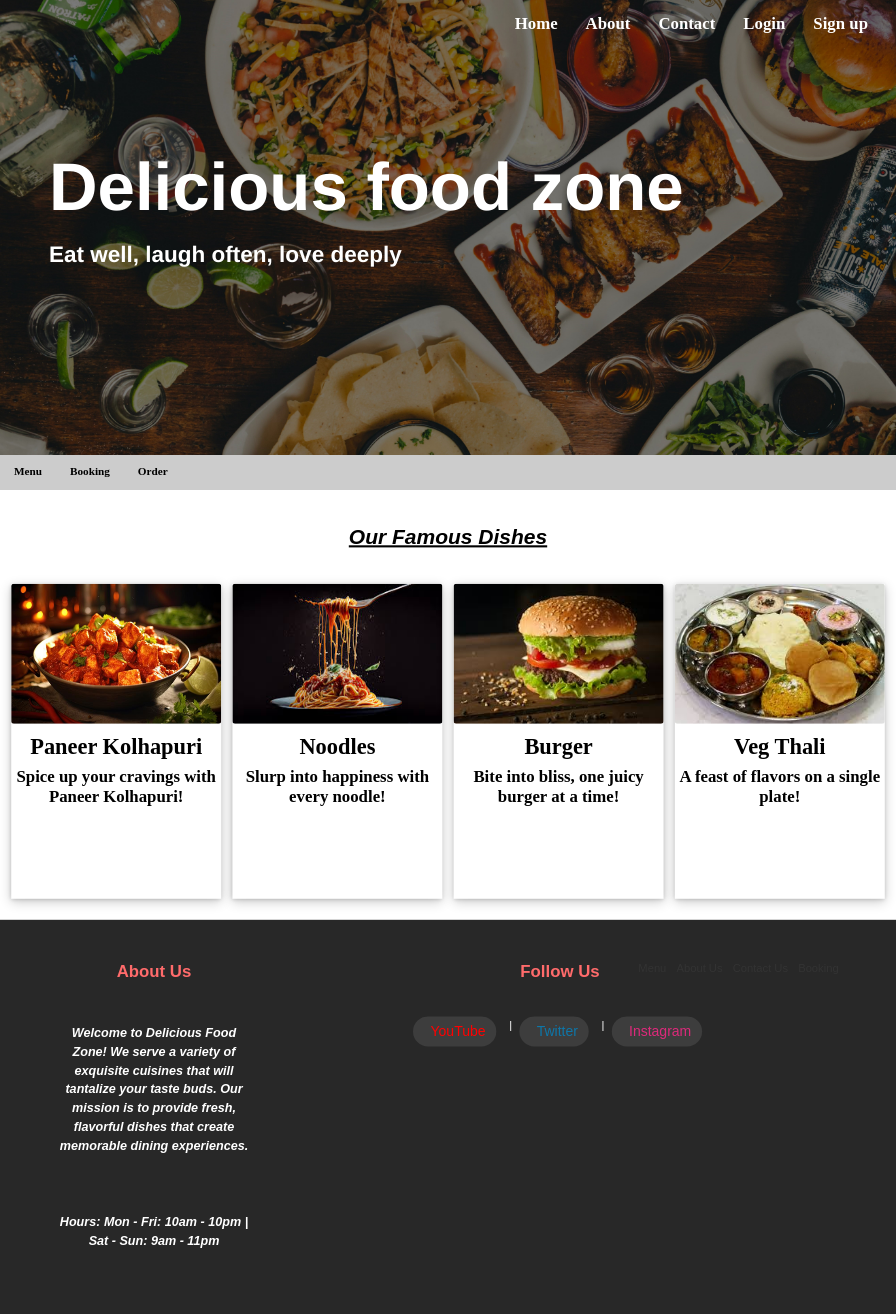
Repository: Shreya-Bonde/Restaurant-management-system
Page: index.html
These files come from the project's save history. The page is drawn as it stood at one moment and after the next save; the edit follows.
The browser window is 1280 px wide. The pictures show the whole page, at 70% of full size.

Above is the page before, as saved 2024-10-17 17:26:09.

After the next save:
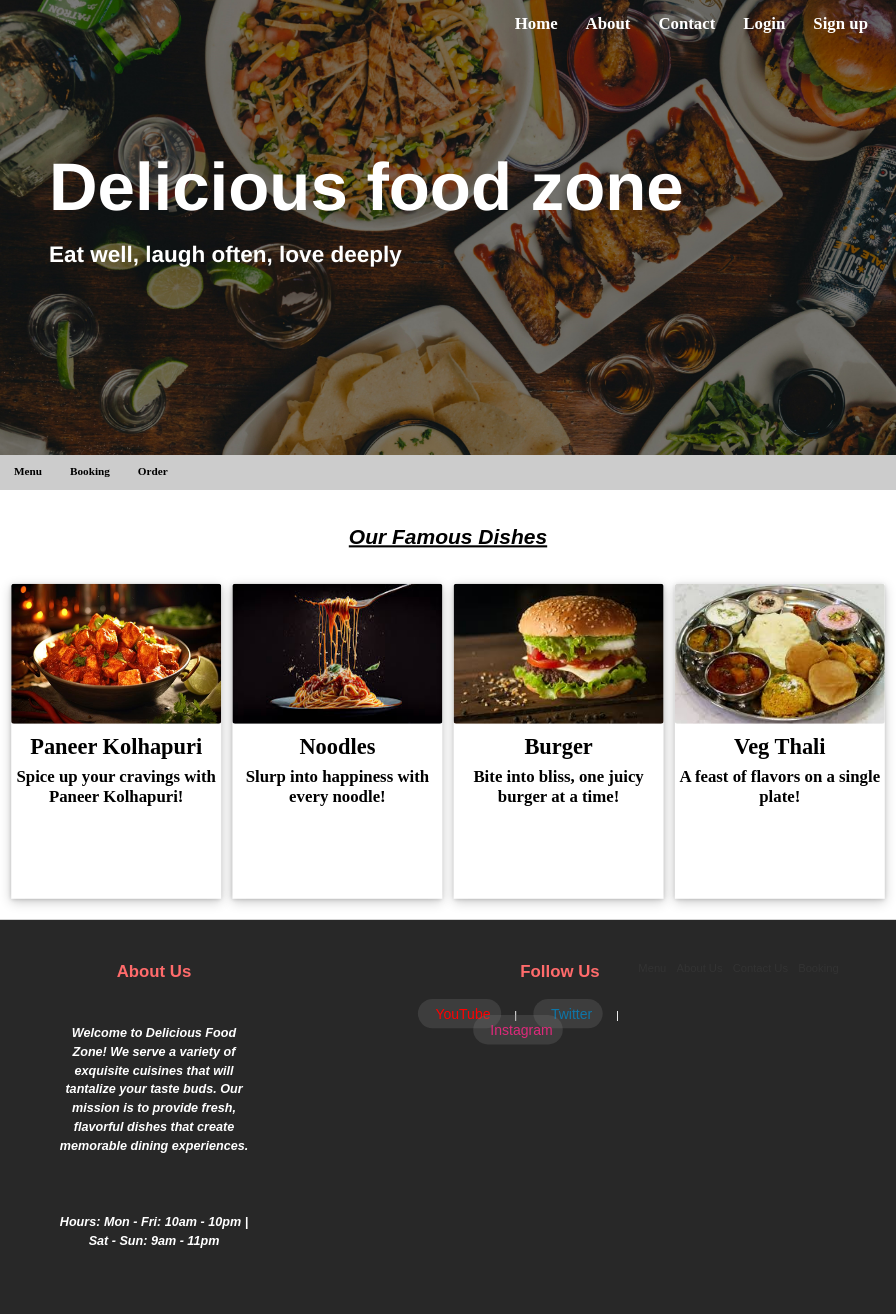
Saved 6 s later.
--- a/style.css
+++ b/style.css
@@ -213,7 +213,7 @@ footer {
 .footer-social .social-icons a:hover {
     color: #fff;
 }
-.sm-handle {
+. {
     display: flex;          /* Use flexbox to align items horizontally */
     flex-wrap: nowrap;      /* Prevent items from wrapping to the next line */
     justify-content: space-between; /* Add space between items */
